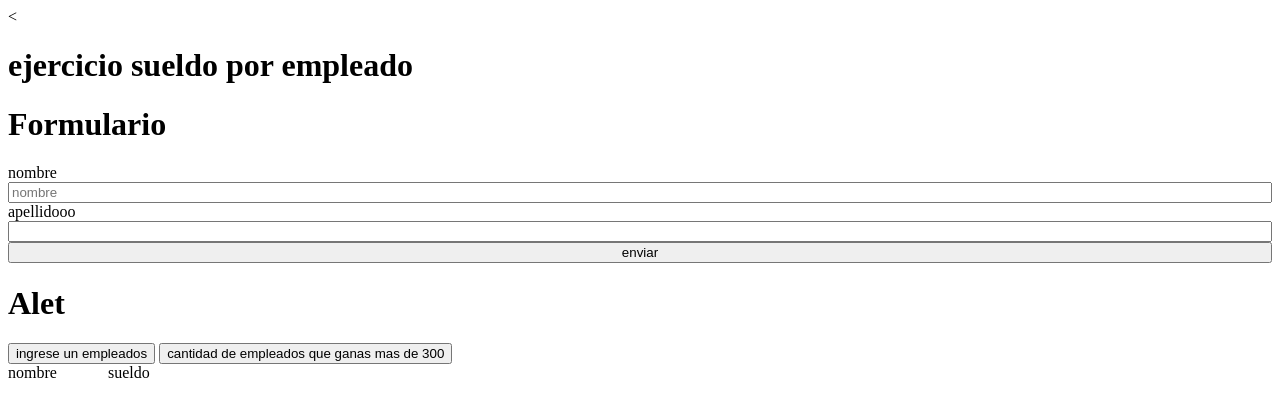
Repository: wolfmarcos/Ej-FormSesionEmpleados
Page: sueldoempleado.html
An editor plug-in stored every save of this project. The page is shown before and after a run of saves, followed by the edit.
The browser window is 1280 px wide. The pictures show the whole page.

Above is the page before, as saved 2022-07-26 13:37:12.

After the next 4 saves:
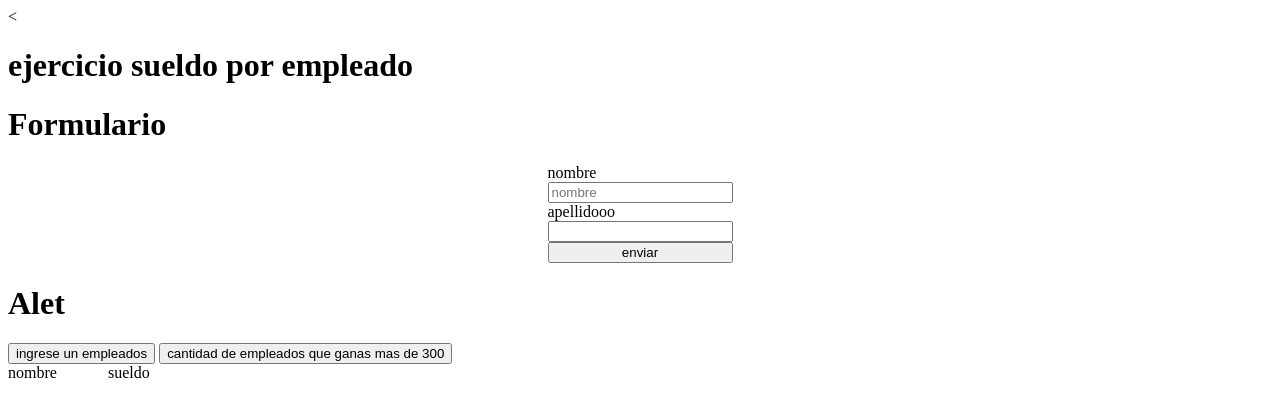
The 4 saves are shown as one change because they came seconds apart.
The last was saved 10 s later.
--- a/ej1.css
+++ b/ej1.css
@@ -4,6 +4,6 @@
 
     form{
         display: grid;
-        hu
+        justify-content: center;
 
     }
